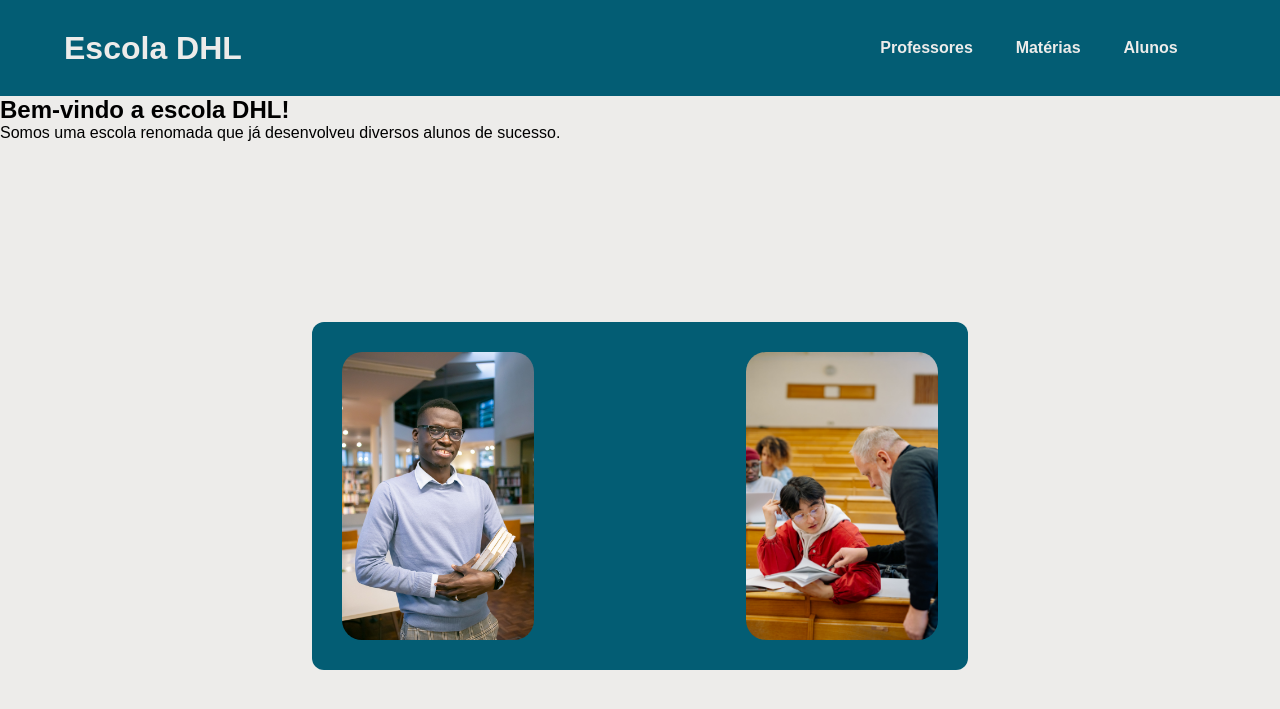
Repository: SirHick/sa-sistema-escola-DHL
Page: front/index.html
These files come from the project's save history. The page is drawn as it stood at one moment and after a run of saves; the edit follows.
The browser window is 1280 px wide. The pictures show the whole page.

Above is the page before, as saved 2026-07-17 16:02:34.

### front/index.html
<!DOCTYPE html>
<html lang="pt-br">
<head>
    <meta charset="UTF-8">
    <meta name="viewport" content="width=device-width, initial-scale=1.0">
    <title>Escola SA</title>
    <link rel="stylesheet" href="style.css">
</head>
<body>
    <header>

        <h1>Escola DHL</h1>

        <nav>
            <a href="">Professores</a>
            <a href="">Matérias</a>
            <a href="">Alunos</a>
        </nav>
    </header>

    <section class = "main-text">
            <h2>Bem-vindo a escola DHL!</h2>

            <p>Somos uma escola renomada que já
                desenvolveu diversos alunos de sucesso.</p>
    </section>

    <main class = "hero-section">
        <img src="images/pexels-kampus-5940864.jpg" alt="A black student with books">
        <img src="" alt="">
        <img src="images/student-and-teacher.jpg" alt="A student receiving help from his teacher">
    </main>


    <script src="script.js"></script>
</body>
</html>

### front/style.css
*{
    margin: 0;
    padding: 0;
    box-sizing: border-box;
    object-fit: cover;
    font-family: 'Nunito', sans-serif;
}


body{
    background: #EDECEA;

}

.landing-page{
    display: flex;
}


header{
    background: #035D74;
    width: 100vw;
    height: 6rem;
    max-height: 8rem;
    display: grid;
    grid-template-columns: 1fr 1fr;
    align-items: center;
    padding-left: 5vw;
    padding-right: 5vw;
}

header h1{
    color: #EDECEA;
}

header nav{
    justify-self: end;

}

header nav a{
    text-decoration: none;
    color: #EDECEA;
    font-weight: 700;
    margin-right: 3vw;
}

.hero-section{
    justify-self: center;
    background-color: #035D74;
    margin-top: 25vh;
    display: grid;
    grid-template-columns: auto auto auto;
    gap: 10px;
    border-radius:12px;
    padding: 30px;
}

.hero-section img{
    width: 15vw;
    border-radius: 20px;
}

.hero-section .main-text-hero-section h2{
    margin-bottom: 3vh;
}

Loaded but not shown: front/script.js (no stored copy; drawn as an empty file)

After the next 3 saves:
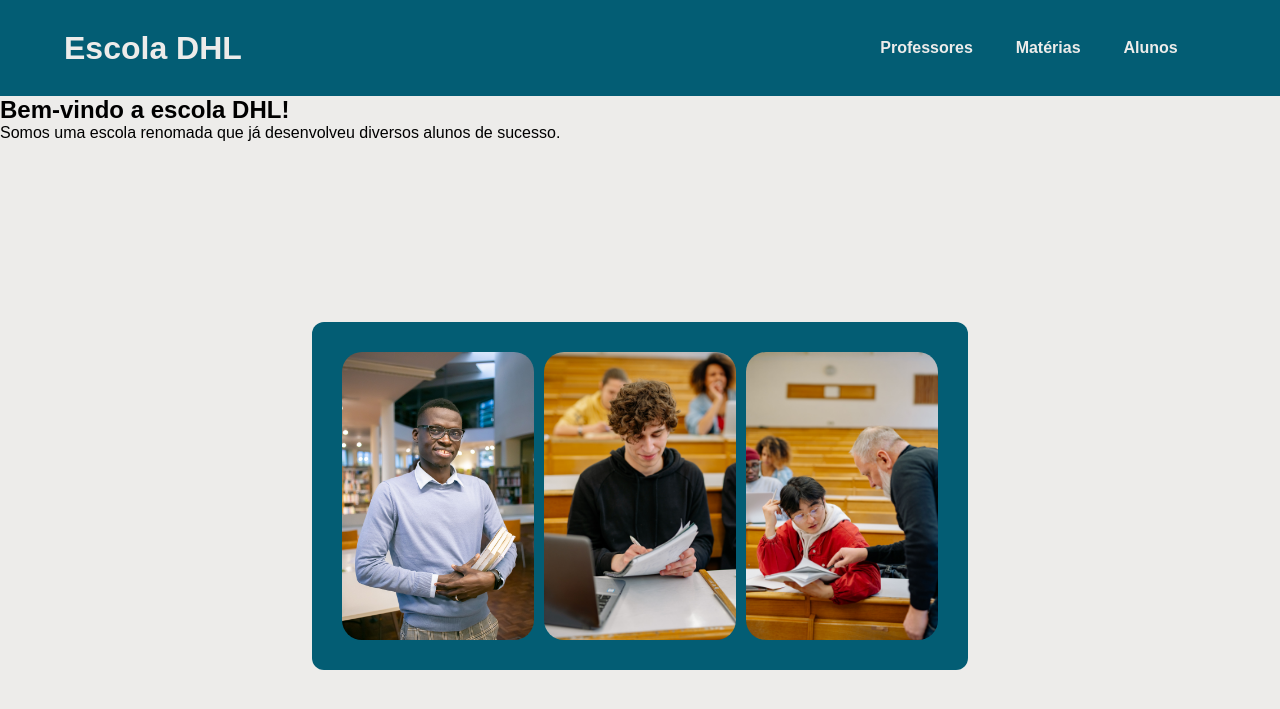
The 3 saves are shown as one change because they came seconds apart.
The last was saved 9 s later.
--- a/front/index.html
+++ b/front/index.html
@@ -27,7 +27,7 @@
 
     <main class = "hero-section">
         <img src="images/pexels-kampus-5940864.jpg" alt="A black student with books">
-        <img src="" alt="">
+        <img src="images/pexels-yankrukov-8199147.jpg" alt="A ">
         <img src="images/student-and-teacher.jpg" alt="A student receiving help from his teacher">
     </main>
 
